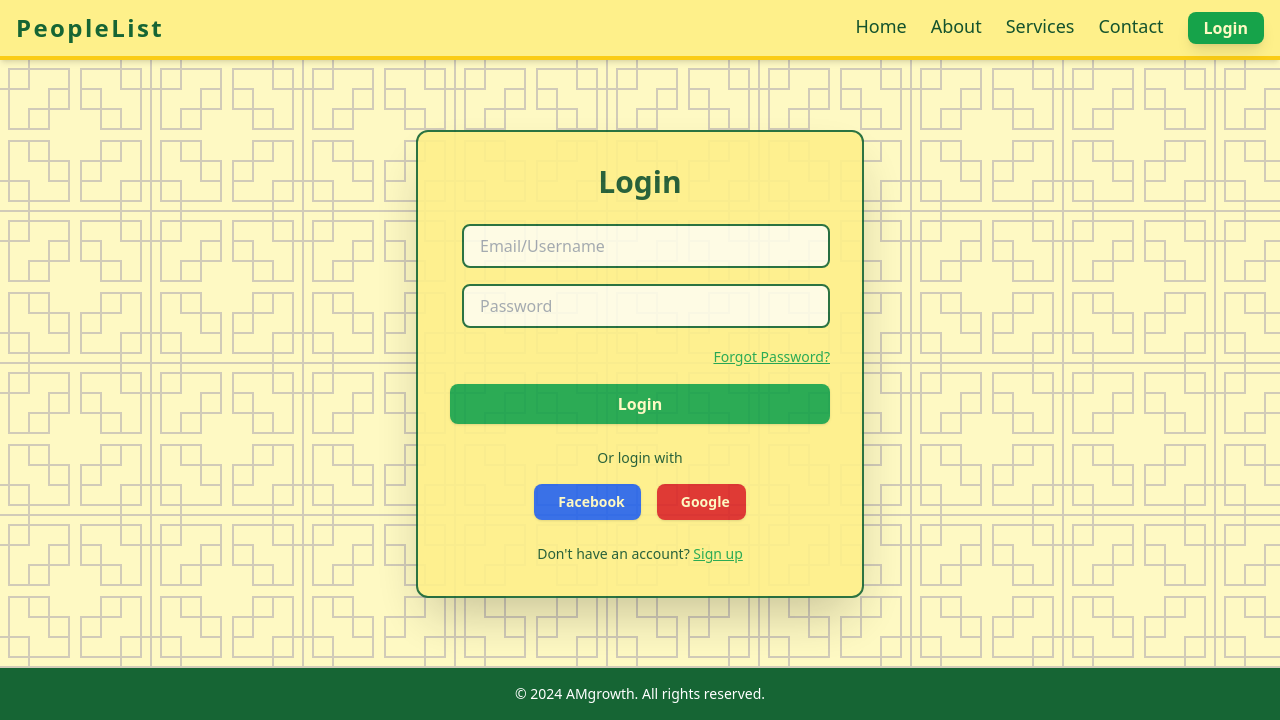
Repository: ArievfRahman-Dev/Mini-Project-II
Page: /login (app in miniproject2/)
An editor plug-in stored every save of this project. The page is shown before and after the next save, followed by the edit.
The browser window is 1280 px wide. The pictures show the whole page.
The project was rebuilt for these pictures with package versions that can differ from the ones it lists, and the page was loaded fresh each time. Also part of the build but not shown: miniproject2/vite.config.js, miniproject2/src/pages/HomePage/index.jsx, miniproject2/src/pages/DetailUser/index.jsx, miniproject2/src/pages/RegisterPages/index.jsx, miniproject2/src/routes/ProtectedRoute.jsx.

Above is the page before, as saved 2024-12-24 09:10:36.

After the next save:
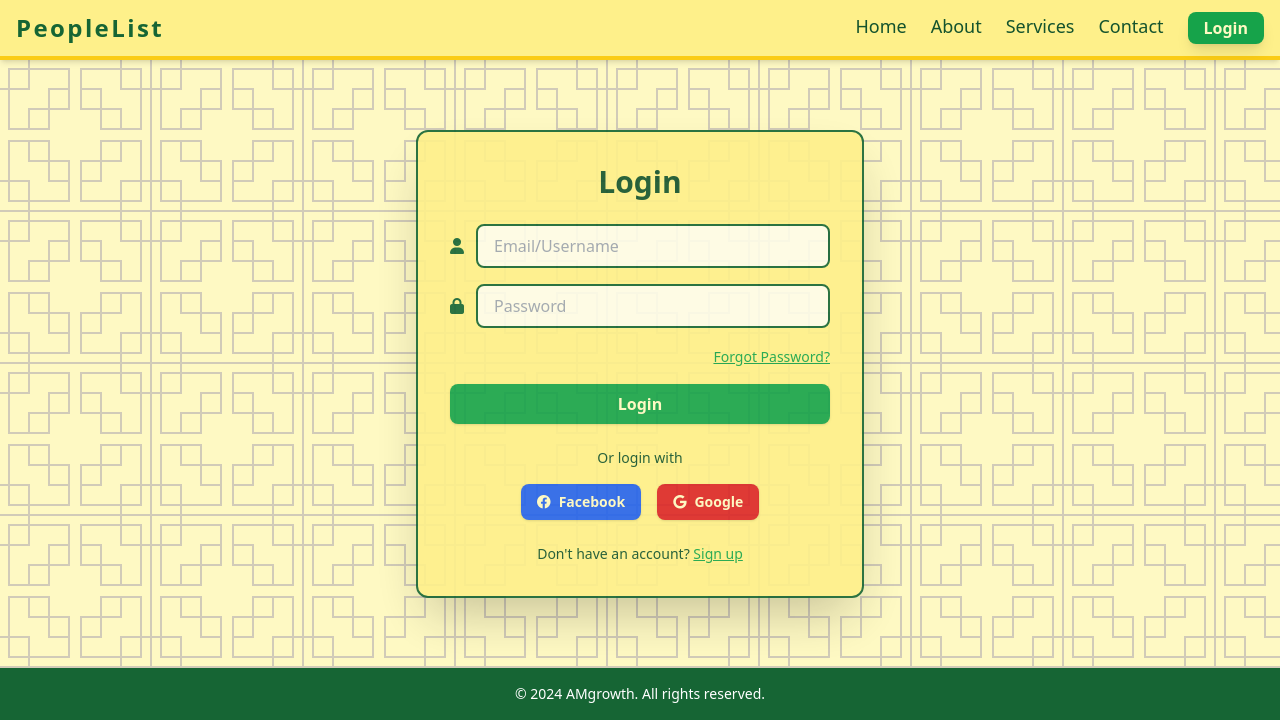
Saved 78 s later.
--- a/miniproject2/index.html
+++ b/miniproject2/index.html
@@ -5,6 +5,11 @@
     <link rel="icon" type="image/svg+xml" href="/vite.svg" />
     <meta name="viewport" content="width=device-width, initial-scale=1.0" />
     <title>Vite + React</title>
+    <link
+      href="https://cdnjs.cloudflare.com/ajax/libs/font-awesome/6.0.0-beta3/css/all.min.css"
+      rel="stylesheet"
+    />
+
     <link
       href="https://fonts.googleapis.com/css2?family=Roboto:wght@400;500;700&display=swap"
       rel="stylesheet"
